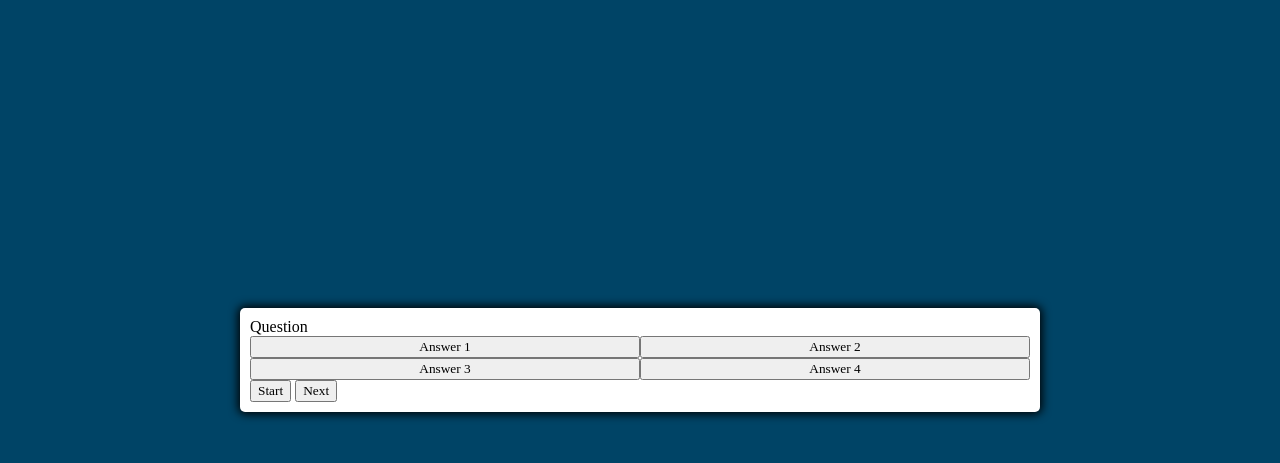
Repository: DaNiels89/quiz-js
Page: index.html
These files come from the project's save history. The page is drawn as it stood at one moment and after a run of saves; the edit follows.
The browser window is 1280 px wide. The pictures show the whole page.

Above is the page before, as saved 2020-06-22 09:47:53.

After the next 3 saves:
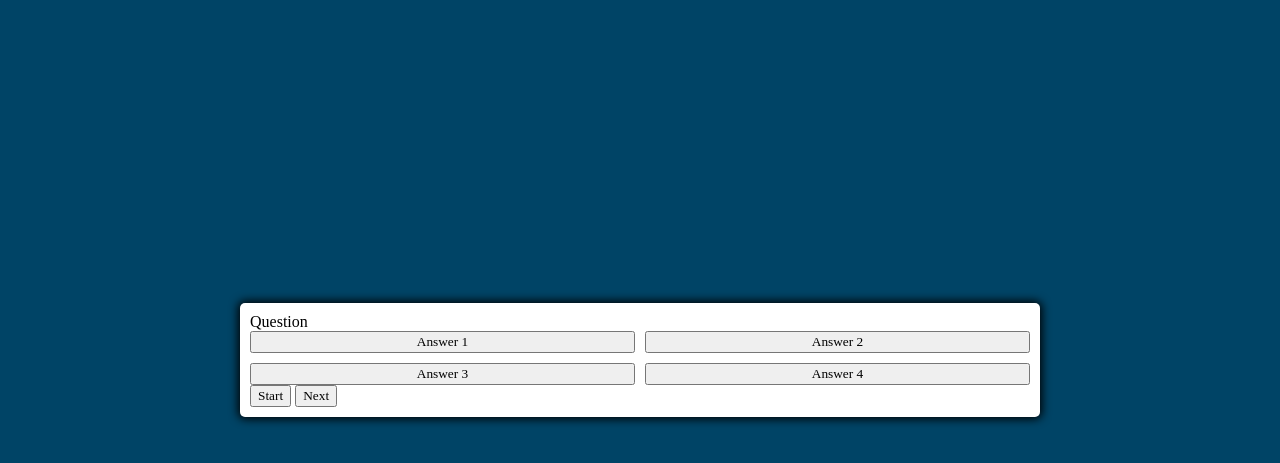
The 3 saves are shown as one change because they came seconds apart.
The last was saved 14 s later.
--- a/css/styles.css
+++ b/css/styles.css
@@ -41,4 +41,5 @@ body.wrong {
 .btn-grid {
     display: grid;
     grid-template-columns: repeat(2, auto);
+    gap: 10px
 }
